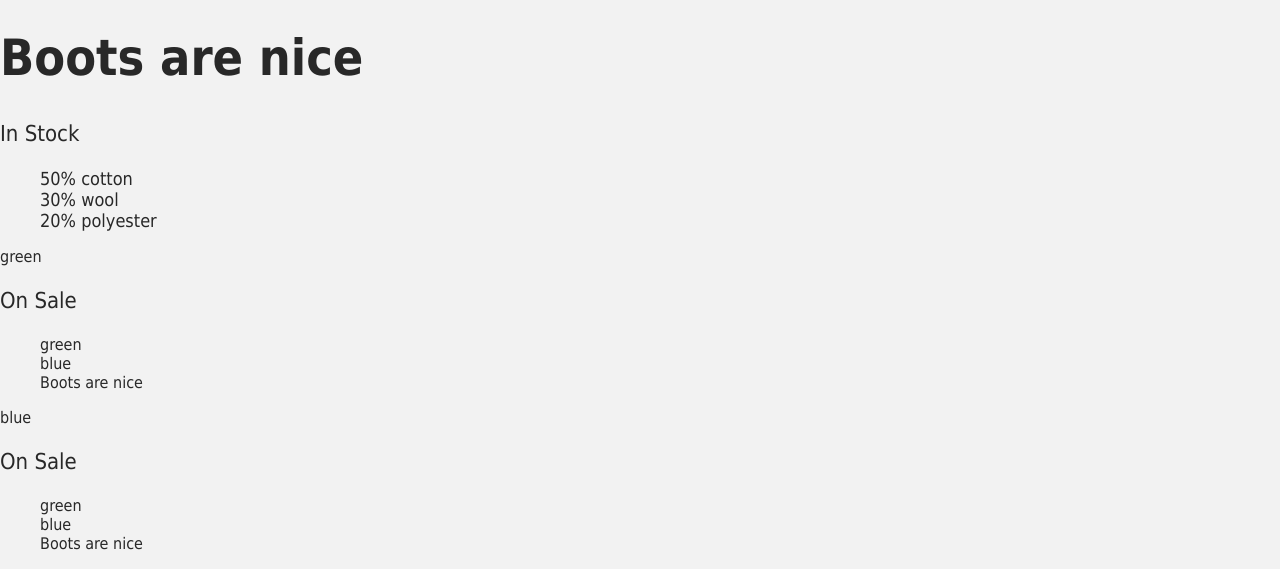
Repository: assassinhua/lab1
Page: index.html
The author's editor kept a copy of each file at every save. The page is drawn from the files as they stood at one save, then again after the next save.
The browser window is 1280 px wide. The pictures show the part of the page from y = 567 to 1136 px (the page is 1136 px tall before and 1009 px after).
A picture or video elsewhere on the page could not be fetched, so the positions and the page height are approximate.

Above is the page before, as saved 2024-10-22 18:46:35.

After the next save:
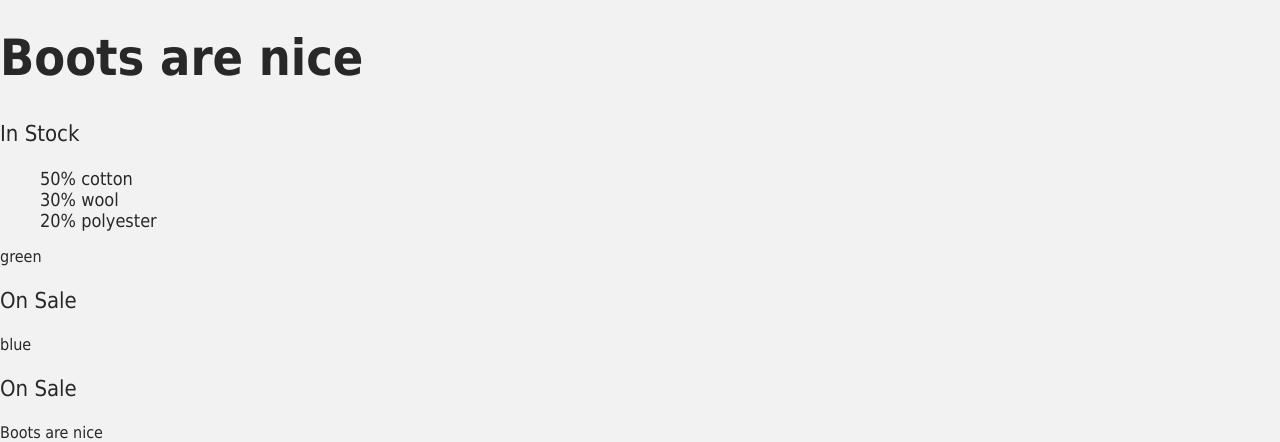
Saved 4 s later.
--- a/index.html
+++ b/index.html
@@ -39,8 +39,7 @@
             <p v-else>Out of sale</p>
             <ul>
 
-                            <div v-for="variant in variants" :key="variant.id">
-                                                {{ variant.color}}
+
                                             </div>
 
 
